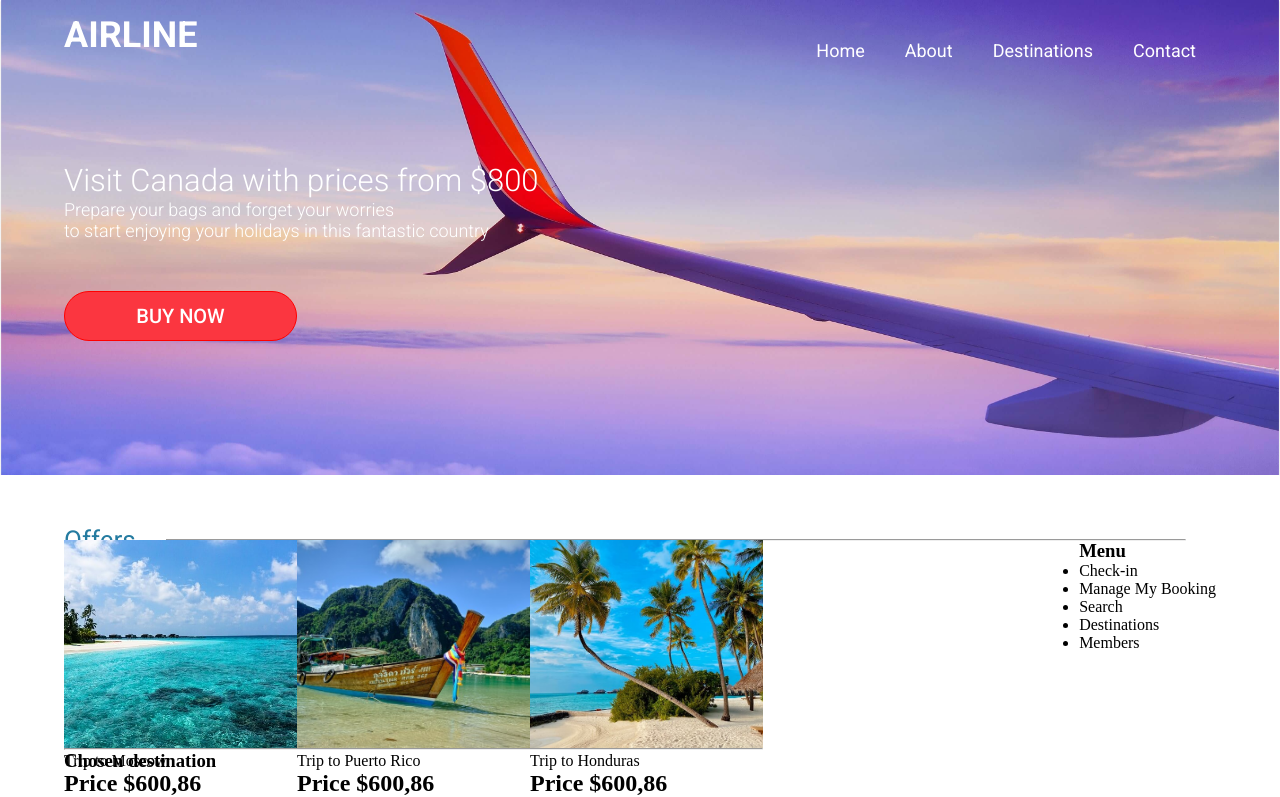
Repository: Cherced/AIRLINES
Page: /
The author's editor kept a copy of each file at every save. The page is drawn from the files as they stood at one save, then again after the next save.
The browser window is 1280 px wide. The pictures show the whole page.
The project was rebuilt for these pictures with package versions that can differ from the ones it lists, and the page was loaded fresh each time. The framework's server and built-in components were replaced by stand-ins that run in the browser. Also part of the build but not shown: components/atoms/Footer/SocialMedia.jsx, components/atoms/Footer/MoreToUs.jsx, components/molecules/Footer.jsx.

Above is the page before, as saved 2022-06-30 14:19:41.

After the next save:
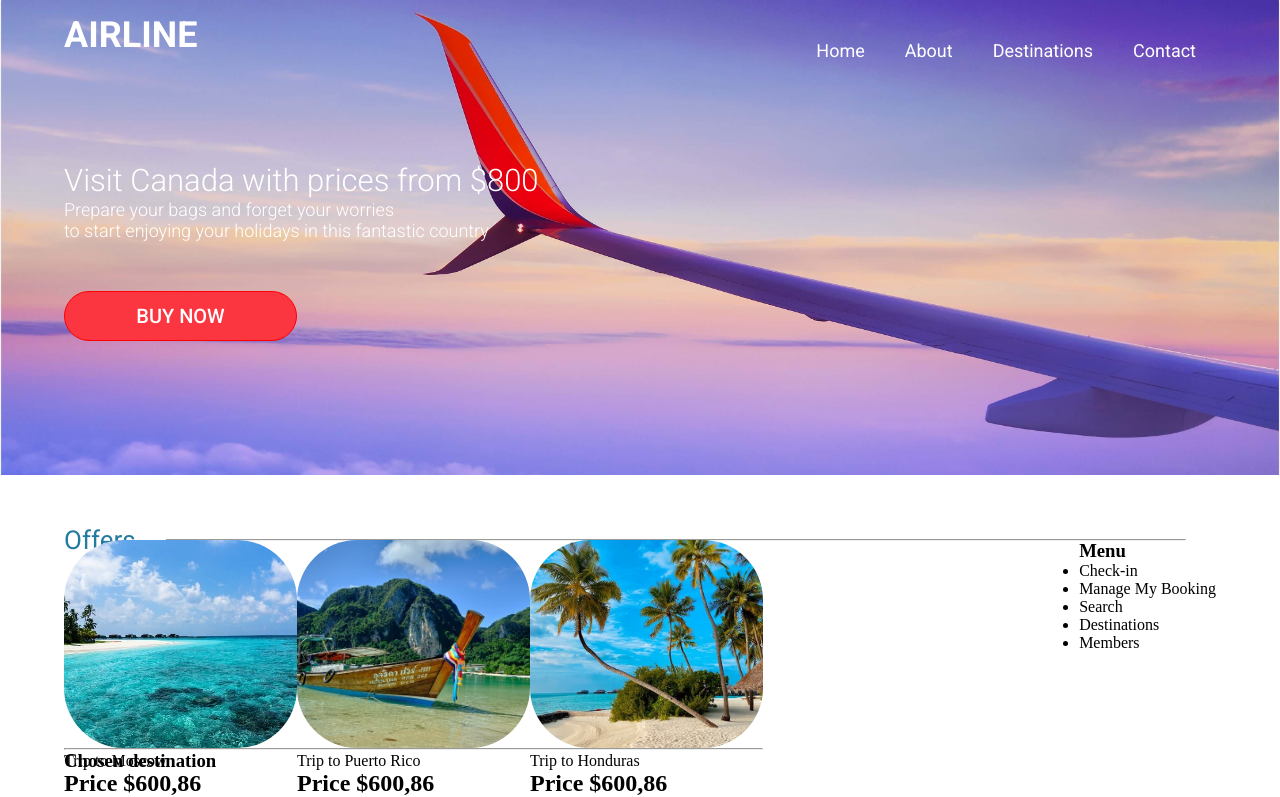
Saved 14 s later.
--- a/sass/Elements/_offerts.scss
+++ b/sass/Elements/_offerts.scss
@@ -41,6 +41,7 @@
                         opacity: 1;
                         width: 100%;
                         height: 100%;
+                        border-radius: 60px;
                         object-fit: cover;
                     }
                 }
